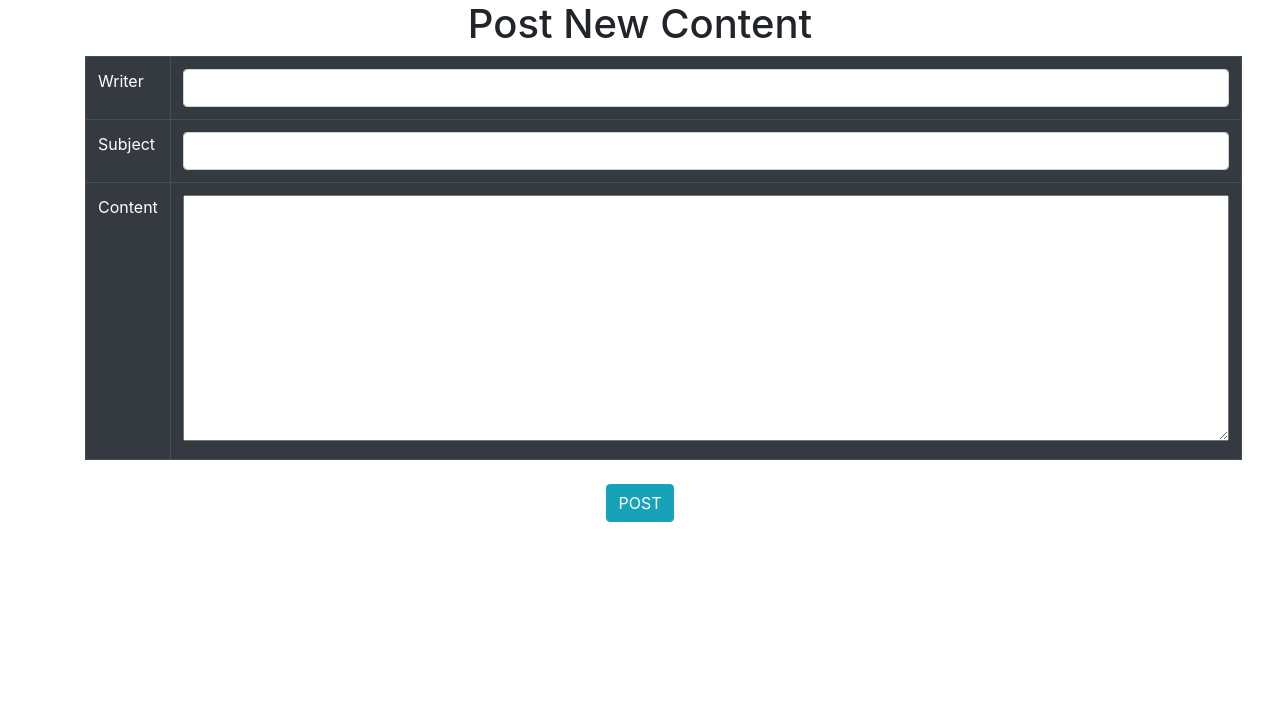
Repository: yeobleeme/06_jsp_basic
Page: http://localhost/jsp02_database/exercise/inputForm.jsp
An editor plug-in stored every save of this project. The page is shown before and after the next save, followed by the edit.
The browser window is 1280 px wide. The pictures show the whole page.
The page is served by Tomcat 9.

Above is the page before, as saved 2023-05-17 01:31:55.
Console error (its wording comes from the project's code and is left out).

After the next save:
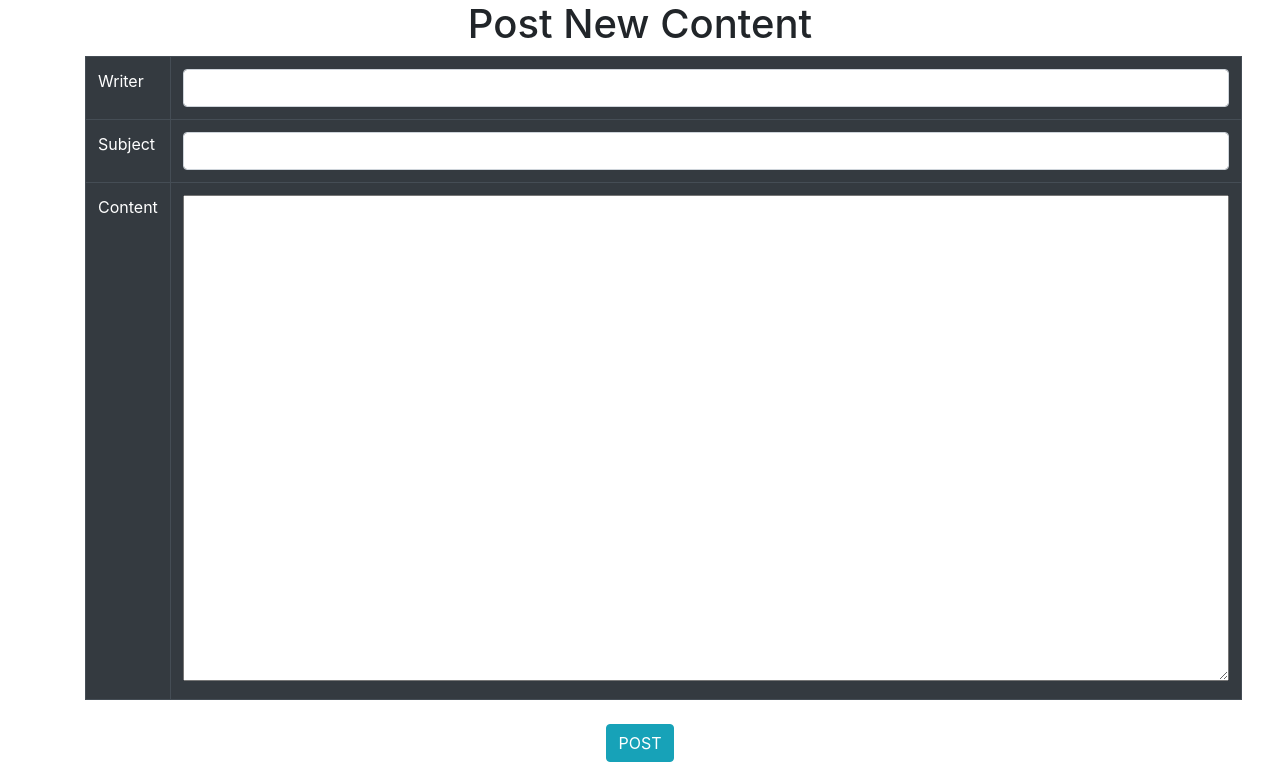
Saved 9 s later.
--- a/jsp02_database/WebContent/exercise/inputForm.jsp
+++ b/jsp02_database/WebContent/exercise/inputForm.jsp
@@ -24,7 +24,7 @@
 				</tr>
 				<tr>
 					<td>Content</td>
-					<td><textarea name="content" id="" cols="100" rows="10"></textarea></td>
+					<td><textarea name="content" id="" cols="100" rows="20"></textarea></td>
 				</tr>
 			</table>
 			<input type="submit" class="btn btn-info mt-sm-2" value="POST"/>

After the save that followed:
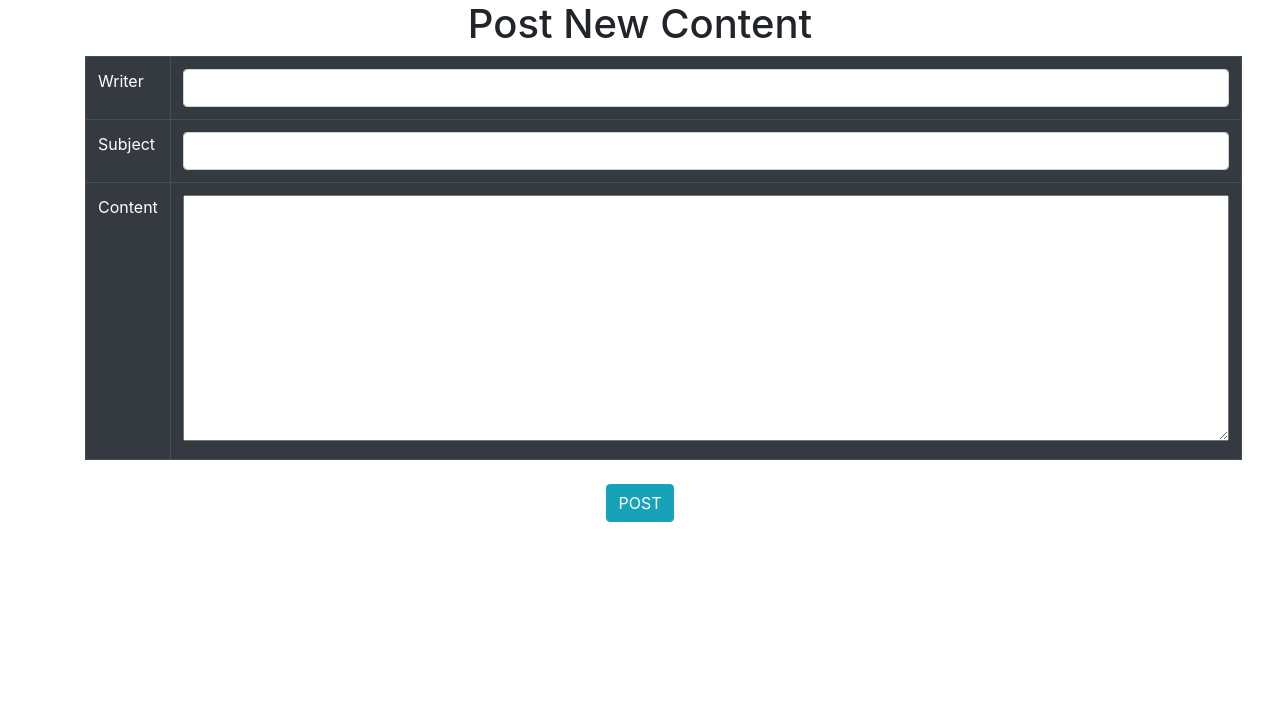
Saved 13 s later.
--- a/jsp02_database/WebContent/exercise/inputForm.jsp
+++ b/jsp02_database/WebContent/exercise/inputForm.jsp
@@ -24,7 +24,7 @@
 				</tr>
 				<tr>
 					<td>Content</td>
-					<td><textarea name="content" id="" cols="100" rows="20"></textarea></td>
+					<td><textarea name="content" id="" cols="100" rows="10"></textarea></td>
 				</tr>
 			</table>
 			<input type="submit" class="btn btn-info mt-sm-2" value="POST"/>
